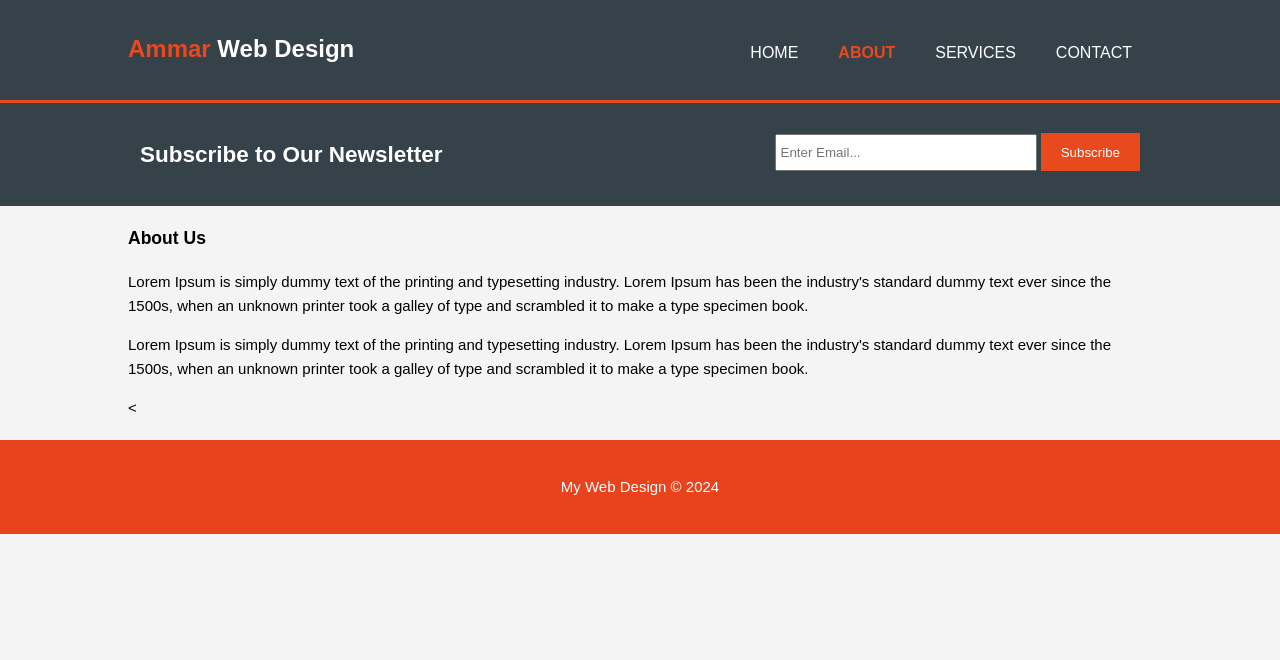
Repository: aobeid1979/html-website
Page: about.html
An editor plug-in stored every save of this project. The page is shown before and after a run of saves, followed by the edit.
The browser window is 1280 px wide. The pictures show the whole page.

Above is the page before, as saved 2024-05-04 06:06:27.

After the next 2 saves:
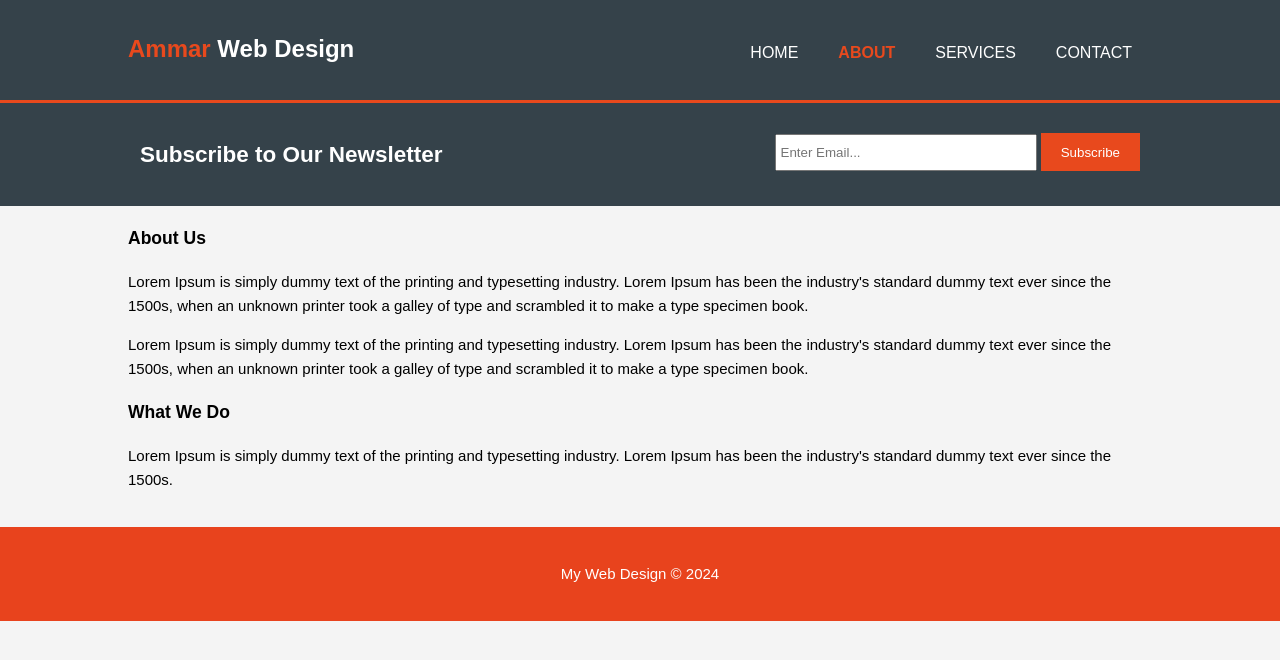
The 2 saves are shown as one change because they came seconds apart.
The last was saved 7 s later.
--- a/about.html
+++ b/about.html
@@ -47,7 +47,11 @@
                 <p>Lorem Ipsum is simply dummy text of the printing and typesetting industry. Lorem Ipsum has been the industry's standard dummy text ever since the 1500s, when an unknown printer took a galley of type and scrambled it to make a type specimen book.</p>
             </article>
 
-            <
+            <aside id="sidebar">
+                <div class="dark">
+                    <h3>What We Do</h3>
+                    <p>Lorem Ipsum is simply dummy text of the printing and typesetting industry. Lorem Ipsum has been the industry's standard dummy text ever since the 1500s.</p>
+                </div>
         </div>
     </section>
 
